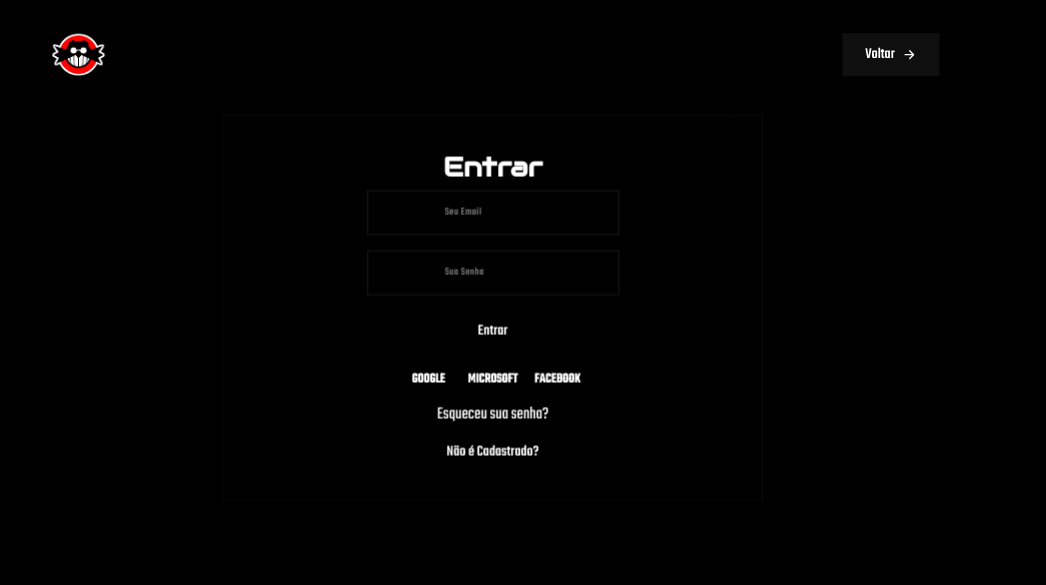
Repository: Cartoon-Network/Projeto-Semestral
Page: cadastro.html
An editor plug-in stored every save of this project. The page is shown before and after a run of saves, followed by the edit.
The browser window is 1280 px wide. The page is 1280 px wide, then 1358 px, then 1280 px, so the pictures cover 1358 px, including what lies to the right of the window. The pictures show the whole page, at 77% of full size.
Some icons come from a web library that is not loaded, so they are not drawn. Some web fonts or font styles are not loaded; a fallback is used.

Above is the page before, as saved 2023-11-20 16:17:34.
Console error: TypeError: Cannot read properties of null (reading 'addEventListener')

After the next 2 saves:
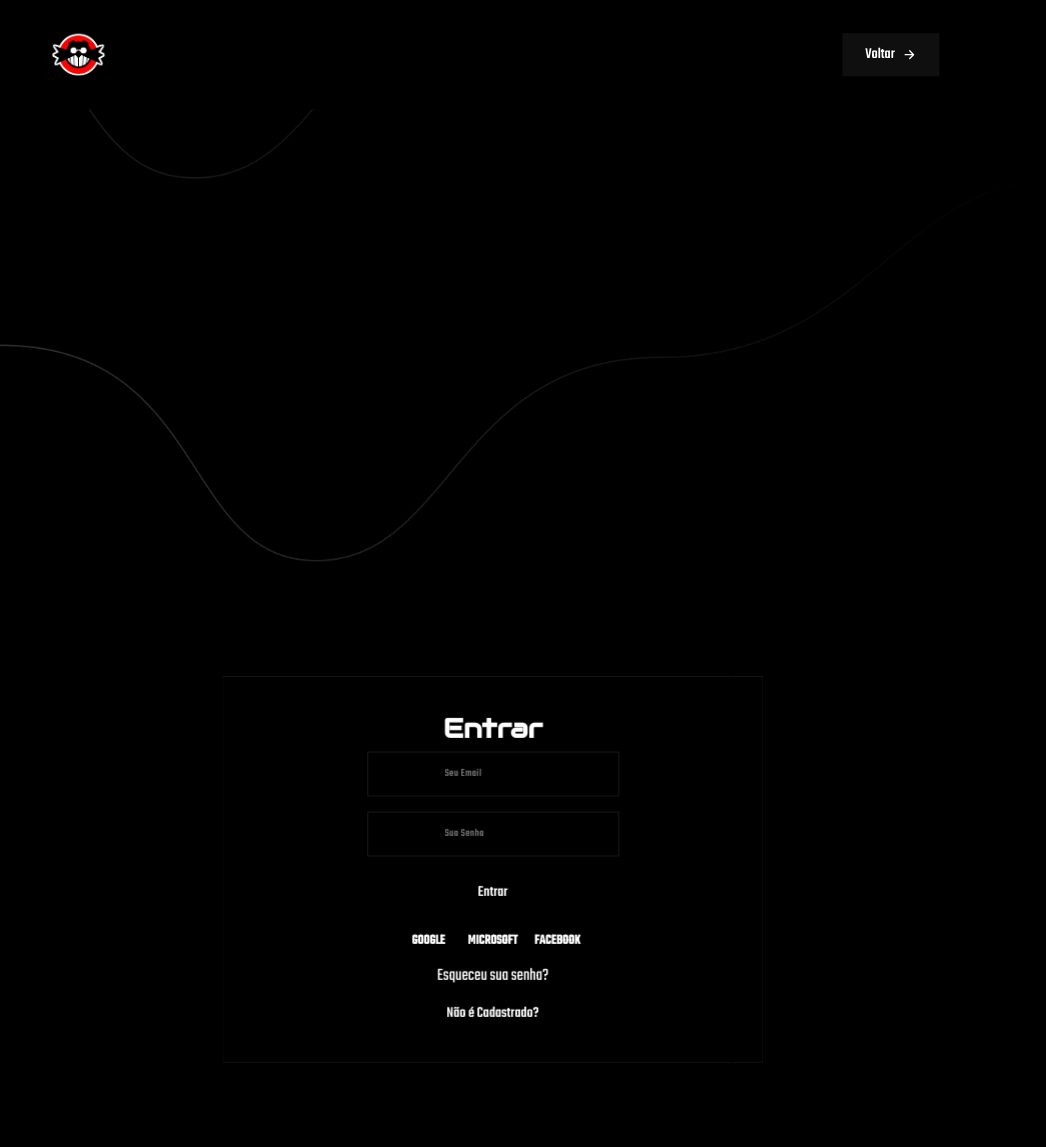
The 2 saves are shown as one change because they came seconds apart.
The last was saved 4 min 4 s later.
--- a/cadastro.html
+++ b/cadastro.html
@@ -76,6 +76,15 @@
     <article>
       <div class="cursor-dot" data-cursor></div>
       <div class="cursor-outline" data-cursor></div>
+
+      <img src="./assets/images/hero-shape-1.png"
+           width="559" height="232" alt="shape"
+            class="shape shape-1">
+
+          <img src="./assets/images/hero-shape-2.png"
+           width="1358" height="497" alt="shape"
+            class="shape shape-2">
+        </div>
   <br>
       <!-- Código do card com formulários de login e cadastro -->
       <section class="card-section">

After the 2 saves that followed:
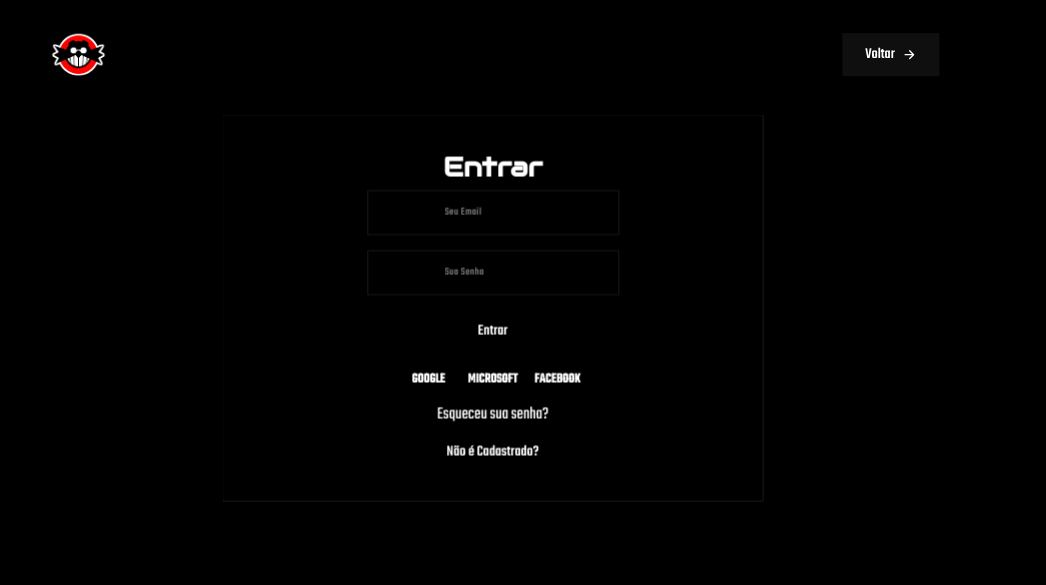
The 2 saves are shown as one change because they came seconds apart.
The last was saved 40 s later.
--- a/cadastro.html
+++ b/cadastro.html
@@ -77,14 +77,6 @@
       <div class="cursor-dot" data-cursor></div>
       <div class="cursor-outline" data-cursor></div>
 
-      <img src="./assets/images/hero-shape-1.png"
-           width="559" height="232" alt="shape"
-            class="shape shape-1">
-
-          <img src="./assets/images/hero-shape-2.png"
-           width="1358" height="497" alt="shape"
-            class="shape shape-2">
-        </div>
   <br>
       <!-- Código do card com formulários de login e cadastro -->
       <section class="card-section">
